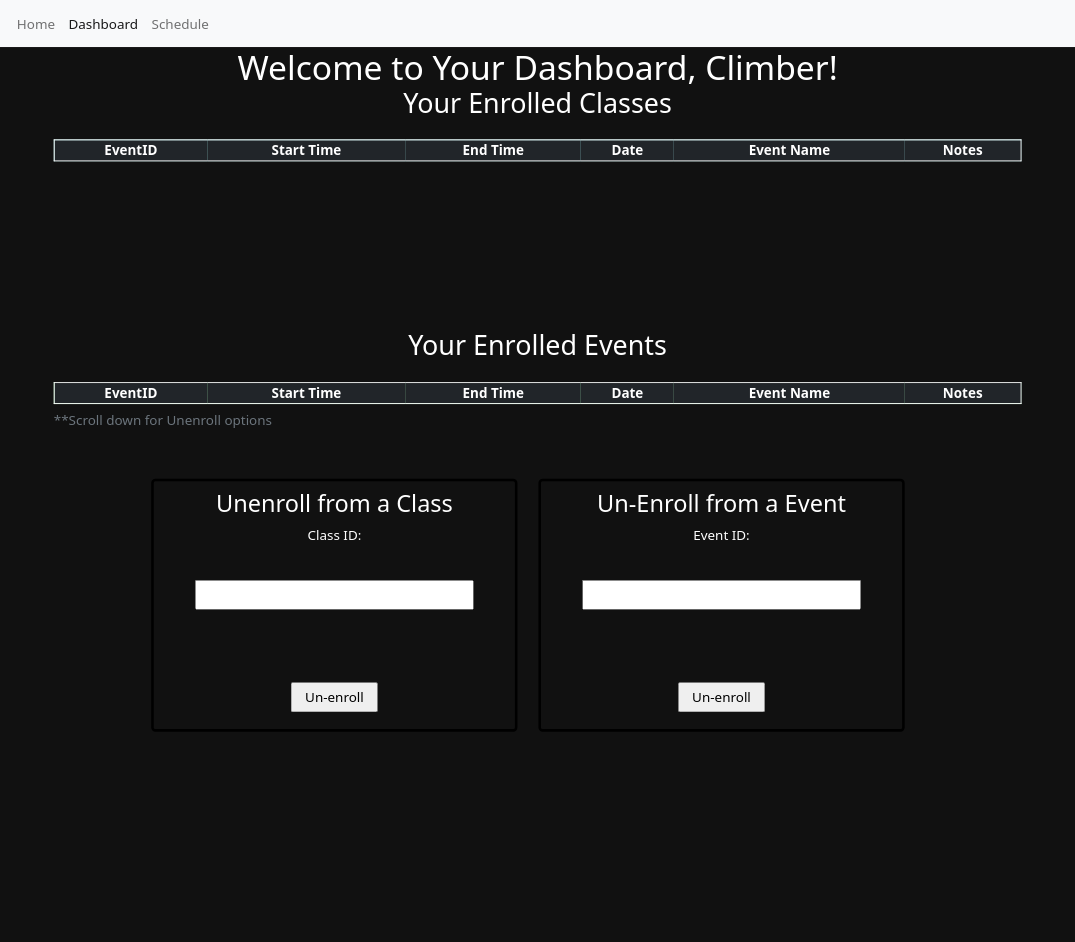
Repository: jennefercampoverde/Rock-Climb-Up
Page: http://localhost/Climberdashboard.php
These files come from the project's save history. The page is drawn as it stood at one moment and after the next save; the edit follows.
The browser window is 1280 px wide. The pictures show the whole page, at 84% of full size.
The page is run by PHP 8.4 with error messages shown; the project is at /var/www/html/. Queries for data that is not in the repository find no rows.

Above is the page before, as saved 2024-12-08 00:09:16.

After the next save:
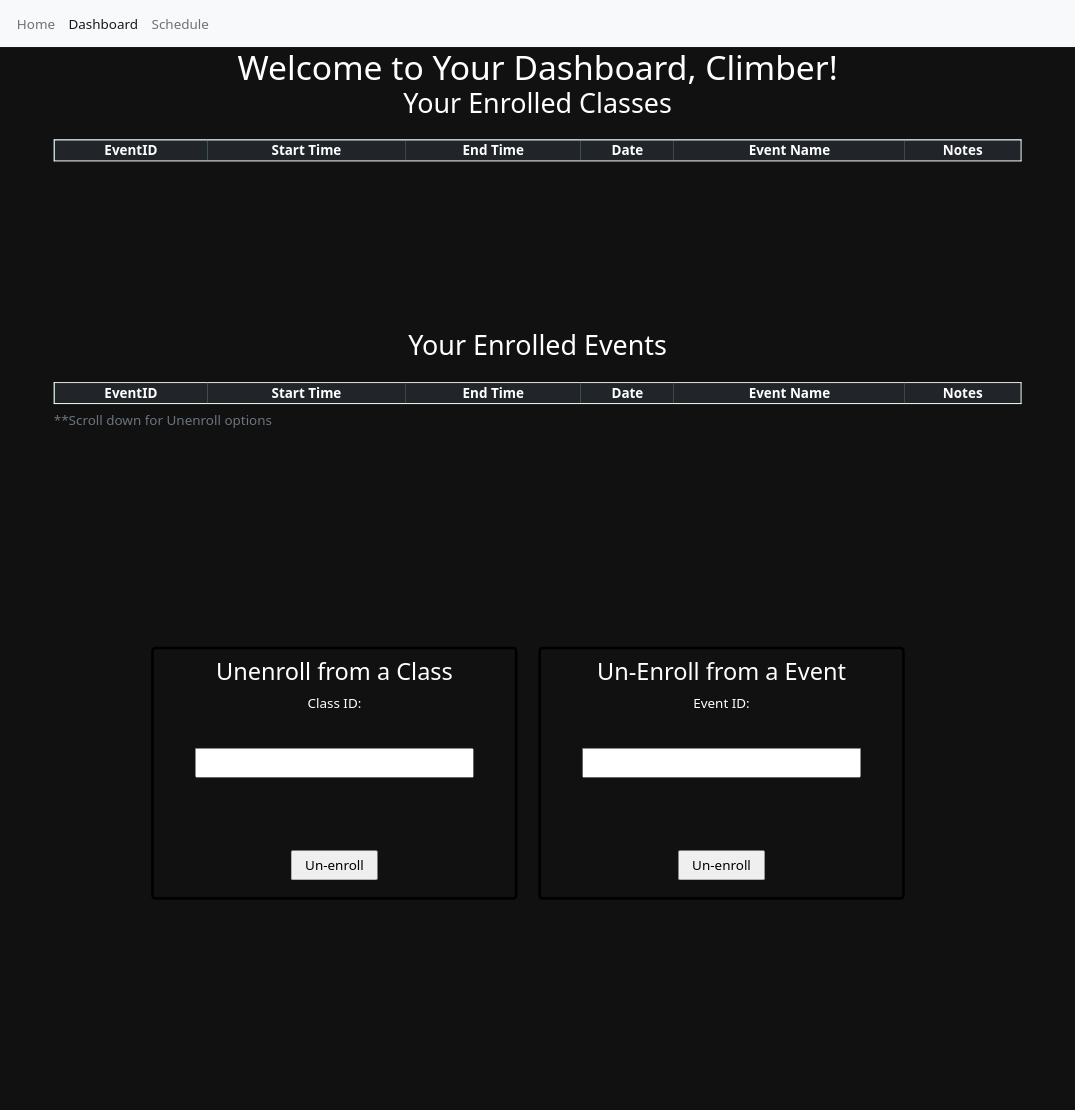
Saved 3 min 2 s later.
--- a/Climberdashboard.php
+++ b/Climberdashboard.php
@@ -83,7 +83,7 @@
 </table>
 </div>
 
-<div >
+<div id="3" class="scroll-animation">
   <h2 class="tableHeaders"> Your Enrolled Events </h2>
   <table class="tablesFormatEvents">
   <br>
@@ -133,7 +133,7 @@
 
 
 <!----- Forms-->
-<div id="2" class="scroll-animation">
+<div id="3" class="scroll-animation">
 
 <table class="tablesFormatForms">
     <tr>

After the save that followed:
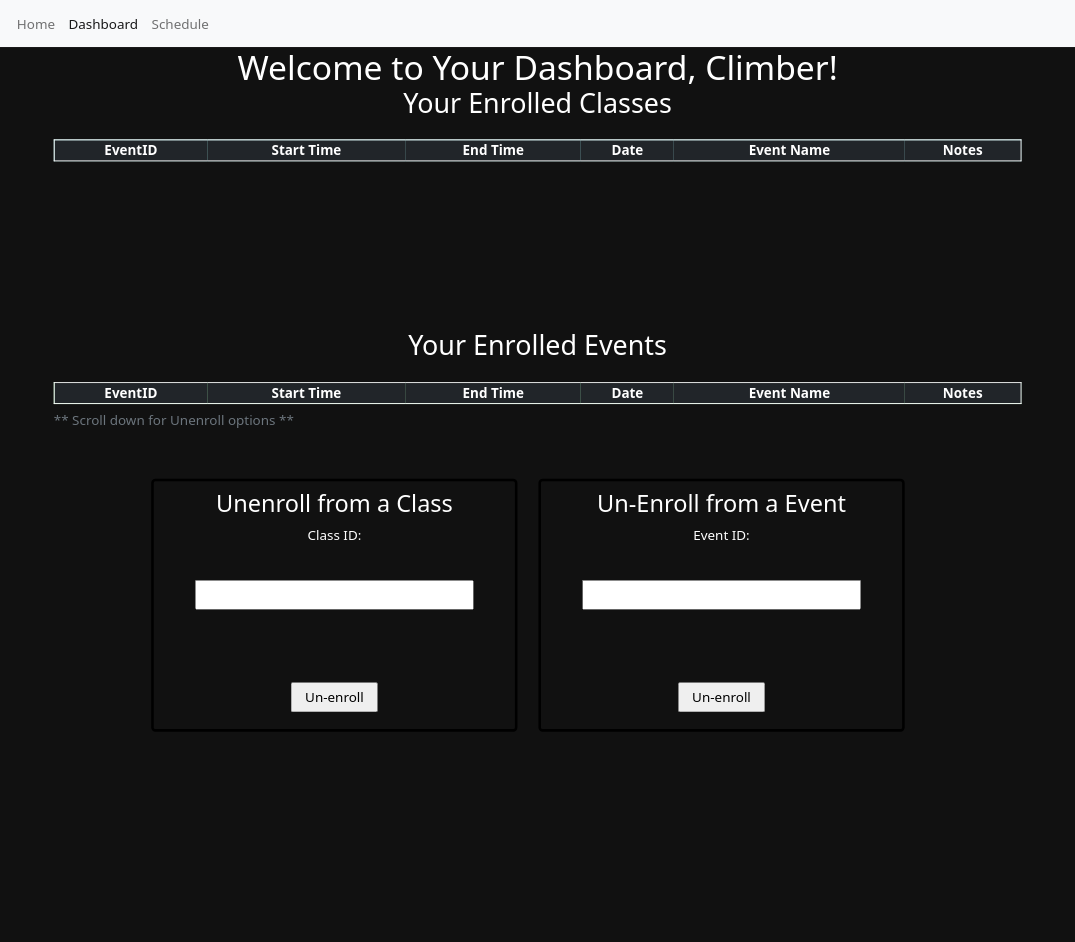
Saved 114 s later.
--- a/Climberdashboard.php
+++ b/Climberdashboard.php
@@ -83,7 +83,7 @@
 </table>
 </div>
 
-<div id="3" class="scroll-animation">
+<div >
   <h2 class="tableHeaders"> Your Enrolled Events </h2>
   <table class="tablesFormatEvents">
   <br>
@@ -126,14 +126,14 @@
 ?>
 
 </tbody>
-<caption id="scrollDownTextUnenroll"> **Scroll down for Unenroll options </caption>
+<caption id="scrollDownTextUnenroll"> ** Scroll down for Unenroll options **</caption>
 </table>
 
 </div>
 
 
 <!----- Forms-->
-<div id="3" class="scroll-animation">
+<div id="2" class="scroll-animation">
 
 <table class="tablesFormatForms">
     <tr>
